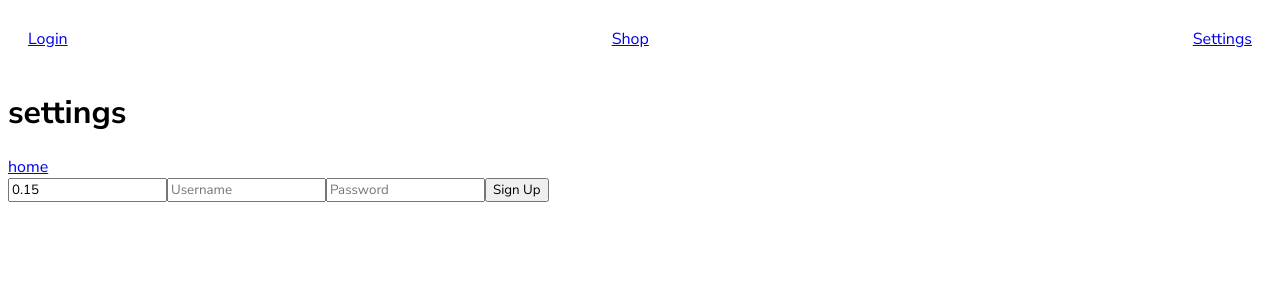
Repository: David-Waite/StudyTimer
Page: /settings
The author's editor kept a copy of each file at every save. The page is drawn from the files as they stood at one save, then again after the next save.
The browser window is 1280 px wide. The pictures show the whole page.
The project was rebuilt for these pictures with package versions that can differ from the ones it lists, and the page was loaded fresh each time. Also part of the build but not shown: vite.config.js, src/views/LoginView.vue, src/stores/timer.js, src/components/TimerItem.vue, src/views/HomeView.vue, src/views/ShopView.vue, src/views/SignupView.vue.

Above is the page before, as saved 2024-04-17 18:01:19.

After the next save:
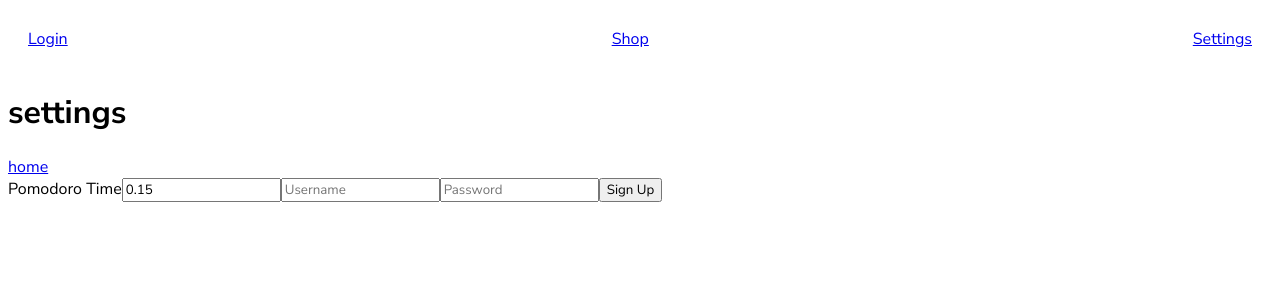
Saved 10 s later.
--- a/src/views/SettingsView.vue
+++ b/src/views/SettingsView.vue
@@ -2,7 +2,7 @@
   <h1>settings</h1>
   <RouterLink to="/">home</RouterLink>
   <form @submit.prevent="registerUser">
-    <label for="pomodoroTime"></label>
+    <label for="pomodoroTime">Pomodoro Time</label>
     <input
       v-model="pomodoroTime"
       type="number"
